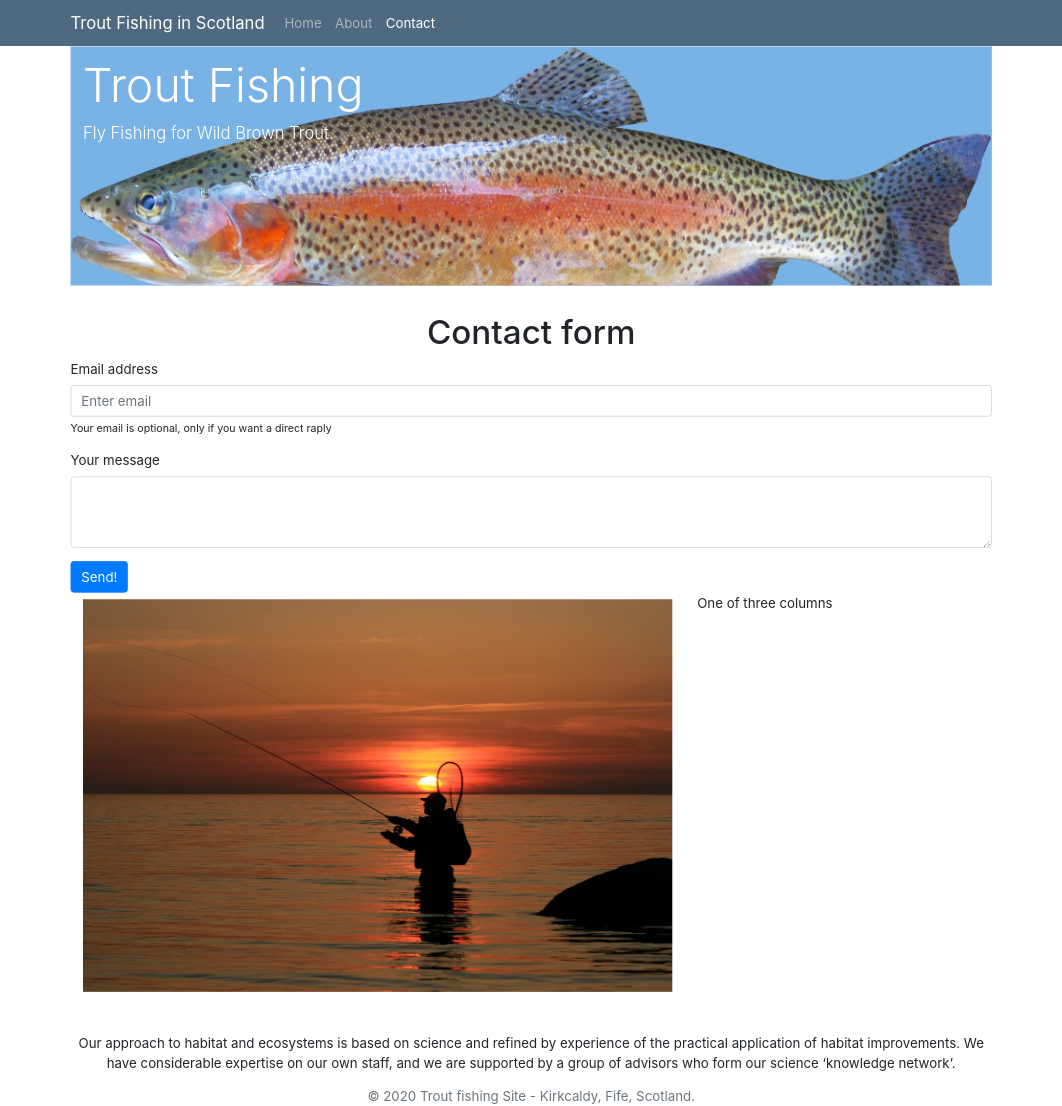
Repository: adrian9211/College_project
Page: contact.html
The author's editor kept a copy of each file at every save. The page is drawn from the files as they stood at one save, then again after a run of saves.
The browser window is 1280 px wide. The pictures show the whole page, at 83% of full size.

Above is the page before, as saved 2020-11-04 09:37:02.

After the next 2 saves:
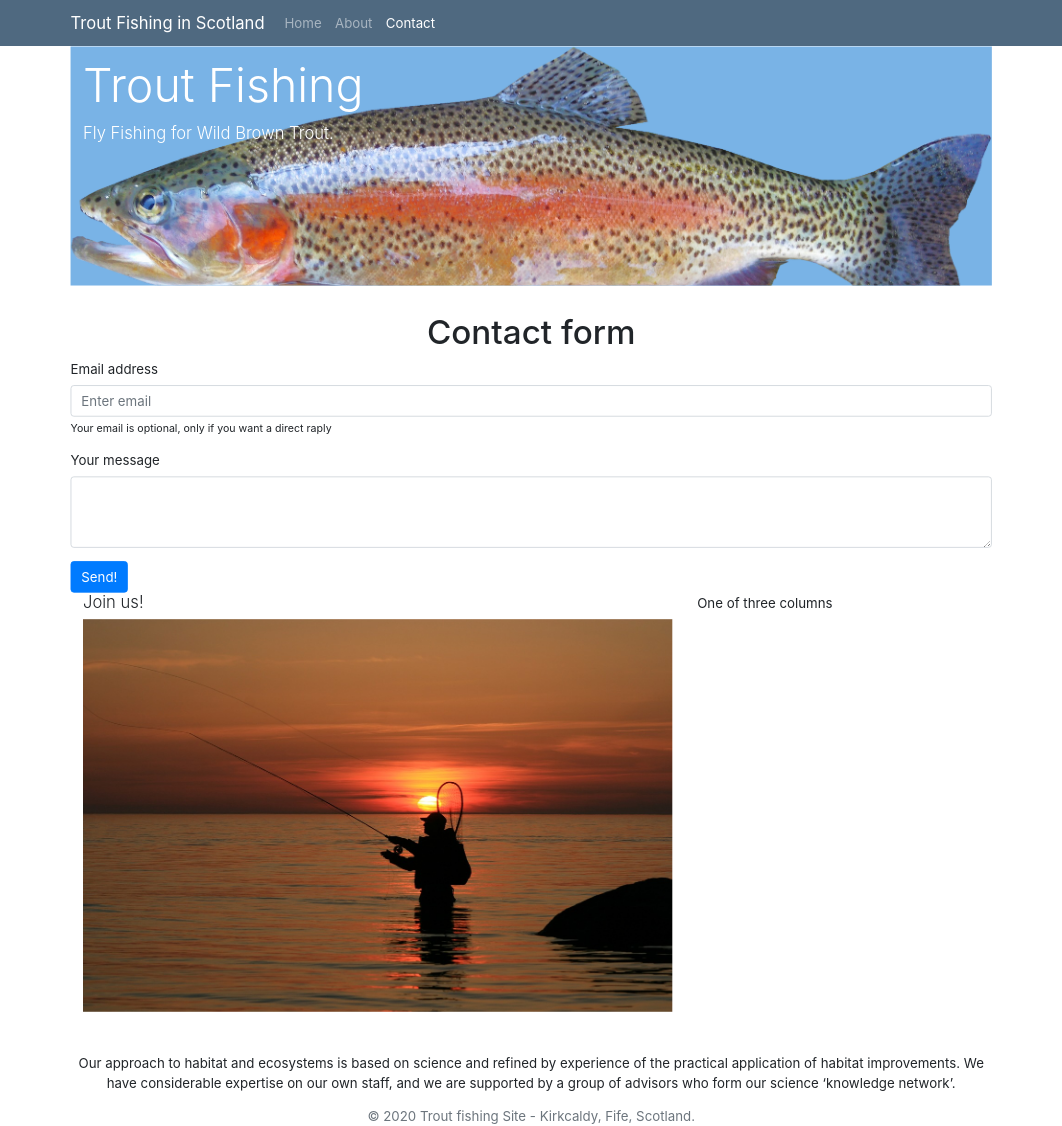
The 2 saves are shown as one change because they came seconds apart.
The last was saved 6 s later.
--- a/contact.html
+++ b/contact.html
@@ -66,7 +66,7 @@
         <div class="row">
           <div class="col-sm-8">
             <h1 class="lead">
-
+              Join us!
             </h1>
             <img src="img/large/angler-3308264_1280.jpg" alt="angler" class="img-fluid">
 
